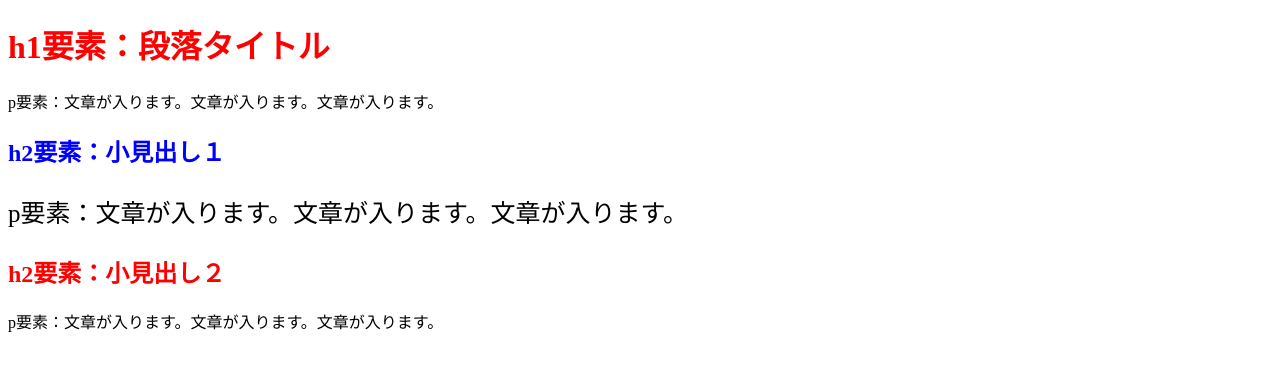
Repository: komikomi650/samurai_HTML-CSS
Page: samurai1/index.html
The author's editor kept a record of every edit. The page is drawn from the files as they stood at one moment, then again after the next edit.
The browser window is 1280 px wide. The pictures show the whole page.

Above is the page before.

### samurai1/index.html
<!DOCTYPE html>
<html lang="en">
<head>
    <meta charset="UTF-8">
    <title>HTML/CSSの学習</title>
    <!-- stylesheet.cssの読み込み-->
    <link rel="stylesheet" href="stylesheet.css">
    <style>
        .red {
            color: red;
        }
        .blue {
            color: blue;
        }
    </style>
</head>
<body>
    <h1 class="red">h1要素：段落タイトル</h1>
    <p>p要素：文章が入ります。文章が入ります。文章が入ります。</p>
    <h2 class="blue">h2要素：小見出し１</h2>
    <p class="fs-25">p要素：文章が入ります。文章が入ります。文章が入ります。</p>
    <h2 class="red">h2要素：小見出し２</h2>
    <p style="fw-bold;">p要素：文章が入ります。文章が入ります。文章が入ります。</p>
</body>
</html>

### samurai1/stylesheet.css
@charset "utf-8";

#red {
    color: red;
}
.blue {
    color: blue;
}
.fs-25 {
    font-size: 25px;
}
.fw-bold {
    font-weight: bold;
}

After the next edit:
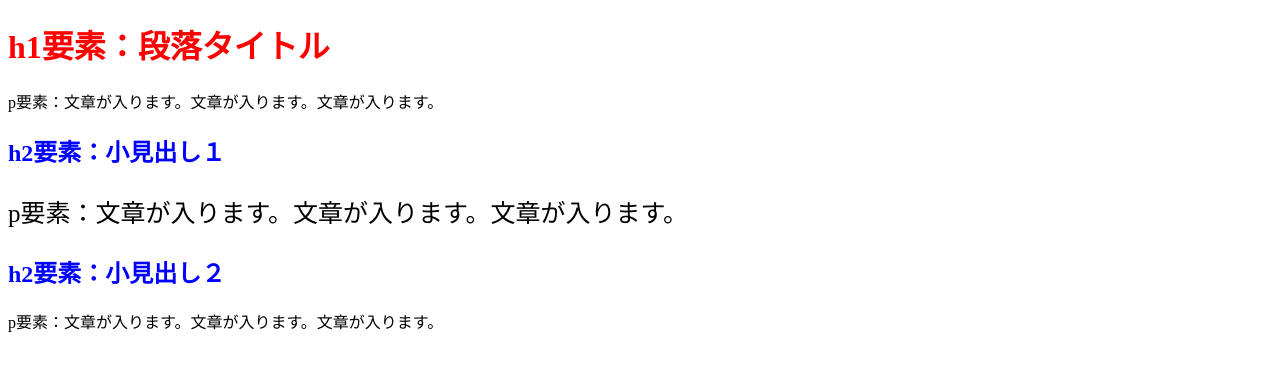
The edit:
--- a/samurai1/index.html
+++ b/samurai1/index.html
@@ -19,7 +19,7 @@
     <p>p要素：文章が入ります。文章が入ります。文章が入ります。</p>
     <h2 class="blue">h2要素：小見出し１</h2>
     <p class="fs-25">p要素：文章が入ります。文章が入ります。文章が入ります。</p>
-    <h2 class="red">h2要素：小見出し２</h2>
+    <h2 class="blue">h2要素：小見出し２</h2>
     <p style="fw-bold;">p要素：文章が入ります。文章が入ります。文章が入ります。</p>
 </body>
 </html>
